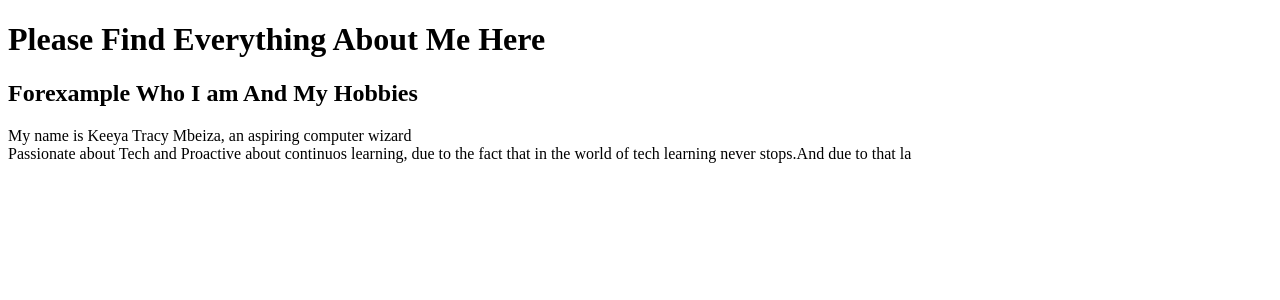
Repository: tracykeeya/my_first_web
Page: index.html
The author's editor kept a copy of each file at every save. The page is drawn from the files as they stood at one save, then again after the next save.
The browser window is 1280 px wide. The pictures show the whole page.

Above is the page before, as saved 2025-11-03 02:13:41.

### index.html
<!DOCTYPE html>
<html lang="en">
<head>
    <meta charset="UTF-8">
    <meta name="viewport" content="width=device-width, initial-scale=1.0">
    <title>My First Web Page</title>
</head>
<body>
    <h1>Please Find Everything About Me Here</h1>
    <h2>Forexample Who I am And My Hobbies</h2>

    <p>My name is Keeya Tracy Mbeiza, an aspiring computer wizard<br>Passionate about Tech and Proactive about continuos learning, due to the fact that in the world of tech learning never stops.And due to that la</br></p>

</body>
</html>

After the next save:
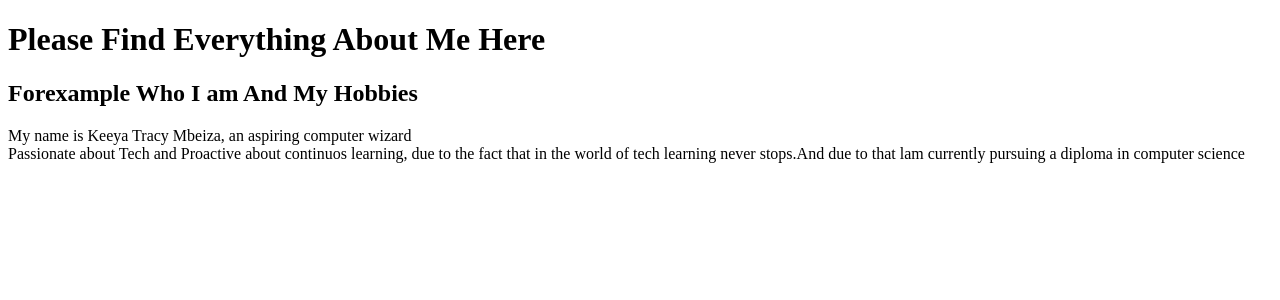
Saved 19 s later.
--- a/index.html
+++ b/index.html
@@ -9,7 +9,7 @@
     <h1>Please Find Everything About Me Here</h1>
     <h2>Forexample Who I am And My Hobbies</h2>
 
-    <p>My name is Keeya Tracy Mbeiza, an aspiring computer wizard<br>Passionate about Tech and Proactive about continuos learning, due to the fact that in the world of tech learning never stops.And due to that la</br></p>
+    <p>My name is Keeya Tracy Mbeiza, an aspiring computer wizard<br>Passionate about Tech and Proactive about continuos learning, due to the fact that in the world of tech learning never stops.And due to that lam currently pursuing a diploma in computer science</br></p>
 
 </body>
 </html>
